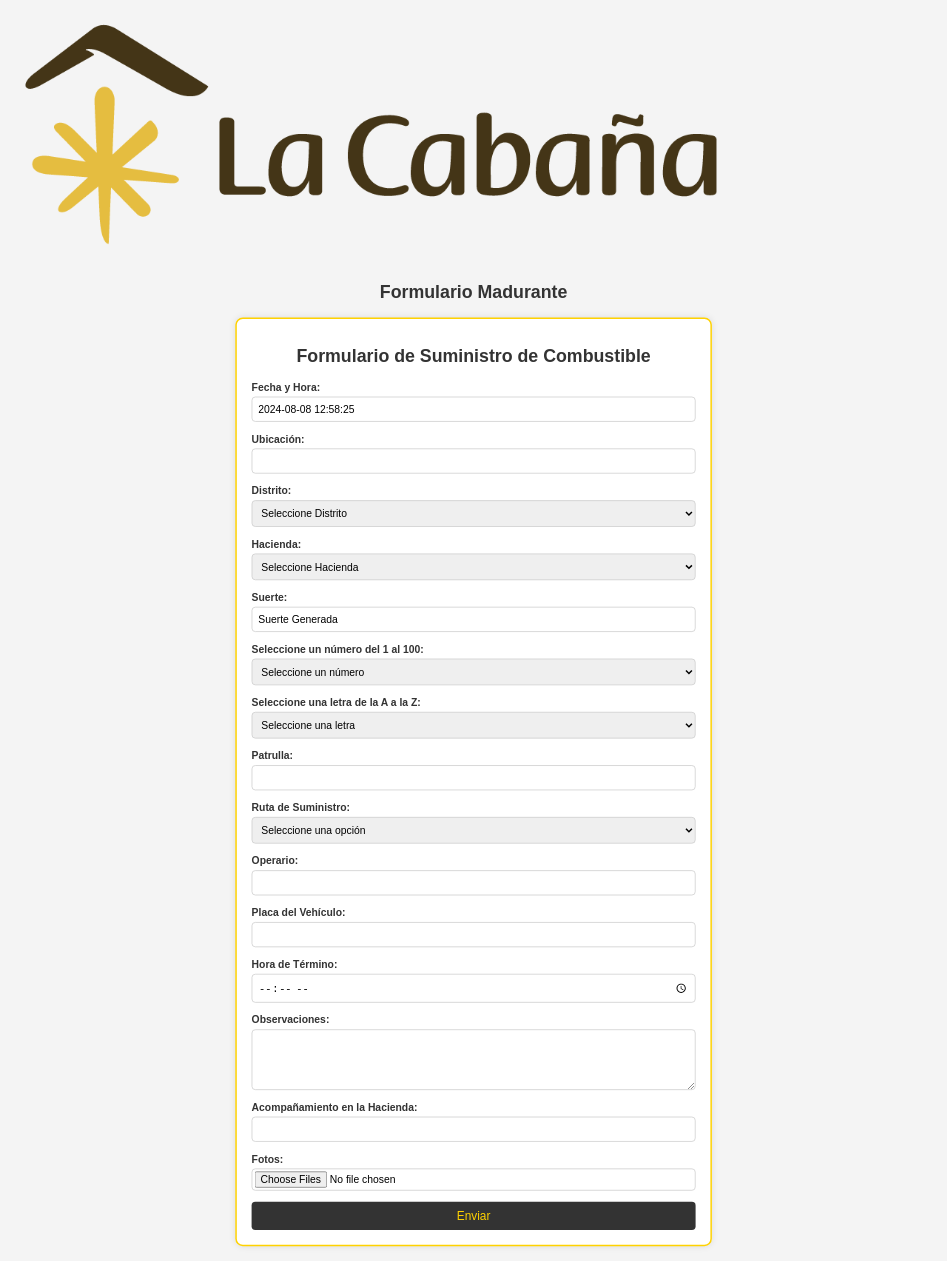
Repository: tayuanlogua/prototipo-de-control-de-accesos
Page: Patrullas/src/suministrocombustible.html
An editor plug-in stored every save of this project. The page is shown before and after the next save, followed by the edit.
The browser window is 1280 px wide. The pictures show the whole page, at 74% of full size.

Above is the page before, as saved 2024-08-29 14:55:33.

After the next save:
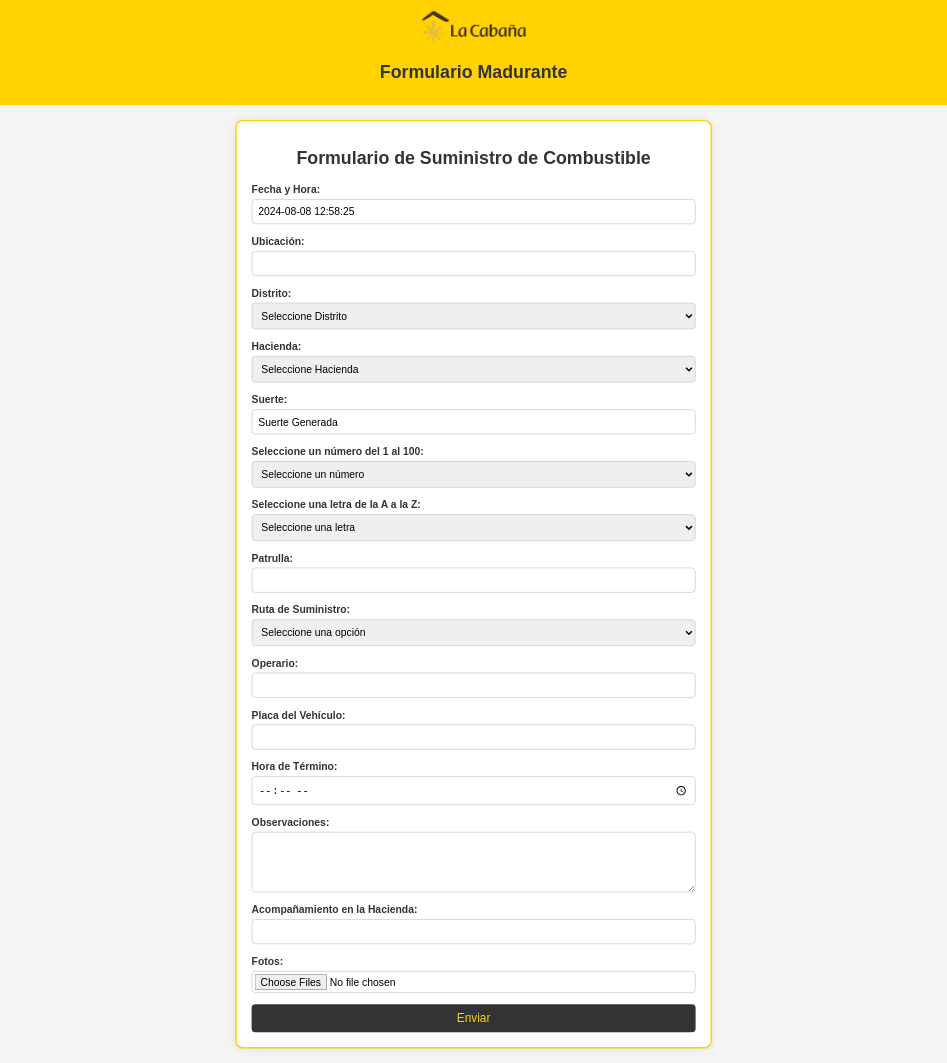
Saved 101 s later.
--- a/Patrullas/src/suministrocombustible.html
+++ b/Patrullas/src/suministrocombustible.html
@@ -4,104 +4,7 @@
     <meta charset="UTF-8" />
     <meta name="viewport" content="width=device-width, initial-scale=1.0" />
     <title>Formulario de Suministro de Combustible</title>
-    <style>
-      /* Estilos generales para el body */
-      body {
-        font-family: Arial, sans-serif;
-        background-color: #f4f4f4;
-        margin: 0;
-        padding: 0;
-      }
-
-      /* Estilos para el contenedor del formulario */
-      .form-container {
-        background-color: #ffffff;
-        max-width: 600px;
-        margin: 20px auto;
-        padding: 20px;
-        border-radius: 10px;
-        box-shadow: 0 0 10px rgba(0, 0, 0, 0.1);
-        display: flex;
-        flex-direction: column;
-        align-items: center;
-        border: 2px solid #ffd200; /* Borde amarillo */
-      }
-
-      /* Estilo para el título del formulario */
-      h1 {
-        text-align: center;
-        color: #333;
-        font-size: 24px;
-        margin-bottom: 20px;
-      }
-
-      /* Estilos para los formularios */
-      form {
-        display: flex;
-        flex-direction: column;
-        gap: 15px;
-        width: 100%;
-      }
-
-      .form-group {
-        display: flex;
-        flex-direction: column;
-        gap: 5px;
-      }
-
-      .form-group label {
-        font-size: 14px;
-        color: #333;
-        text-align: left;
-        font-weight: bold;
-      }
-
-      .form-group input[type="text"],
-      .form-group input[type="number"],
-      .form-group input[type="time"],
-      .form-group input[type="date"],
-      .form-group select,
-      .form-group input[type="file"],
-      .form-group textarea {
-        width: 100%;
-        padding: 8px;
-        border: 1px solid #ccc;
-        border-radius: 5px;
-        box-sizing: border-box;
-        font-size: 14px;
-      }
-
-      .form-group input[type="file"] {
-        padding: 3px;
-      }
-
-      .form-group textarea {
-        resize: vertical;
-      }
-
-      .form-group select {
-        padding: 8px;
-      }
-
-      /* Estilo para el botón de envío */
-      button[type="submit"] {
-        display: block;
-        width: 100%;
-        padding: 10px;
-        background-color: #333;
-        color: #ffd200; /* Color amarillo */
-        border: none;
-        border-radius: 5px;
-        font-size: 16px;
-        cursor: pointer;
-        transition: background-color 0.3s ease;
-      }
-
-      /* Estilos para el hover en botones */
-      button[type="submit"]:hover {
-        background-color: #555;
-      }
-    </style>
+    <link rel="stylesheet" href="styles.css" />
   </head>
   <body>
     <header class="header">
